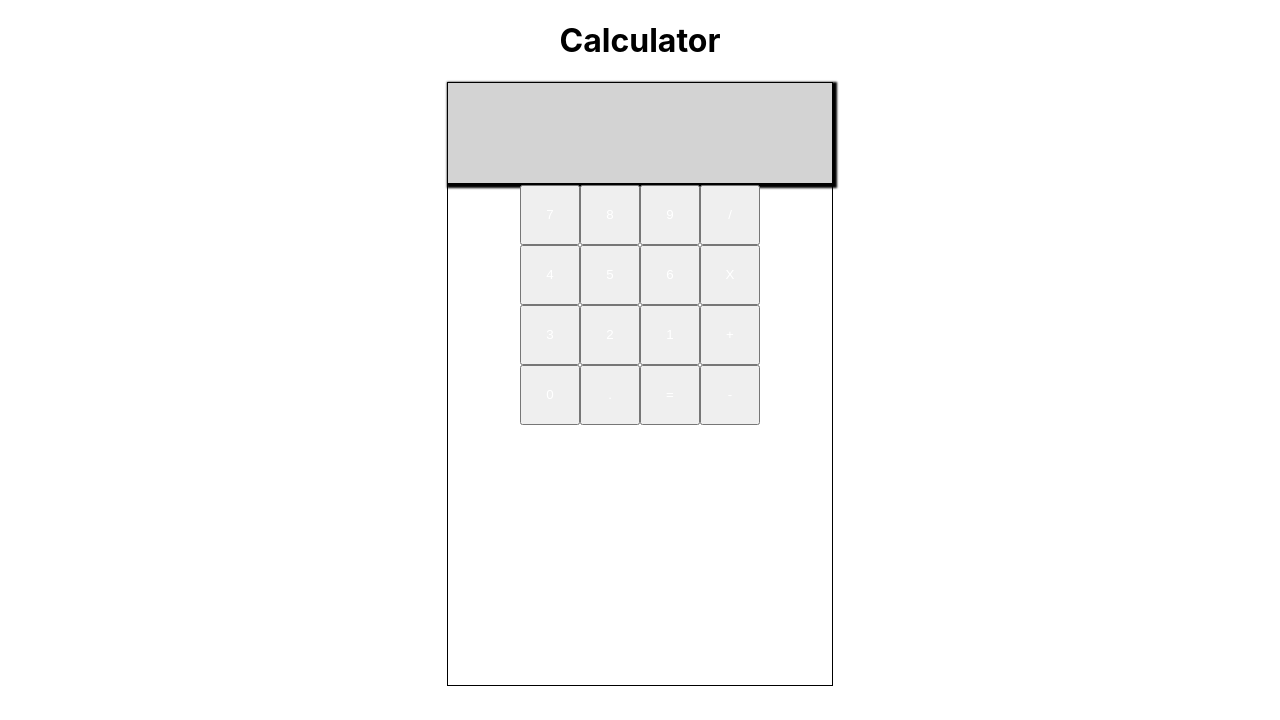
Repository: punitbathija/Placement-Assitance-iNeuron
Page: / (app in React/calculator/)
These files come from the project's save history. The page is drawn as it stood at one moment and after the next save; the edit follows.
The browser window is 1280 px wide. The pictures show the whole page.
The project was rebuilt for these pictures with package versions that can differ from the ones it lists, and the page was loaded fresh each time.

Above is the page before, as saved 2023-06-05 16:08:01.

### React/calculator/src/index.css
body {
  margin: 0;
  font-family: -apple-system, BlinkMacSystemFont, 'Segoe UI', 'Roboto', 'Oxygen',
    'Ubuntu', 'Cantarell', 'Fira Sans', 'Droid Sans', 'Helvetica Neue',
    sans-serif;
  -webkit-font-smoothing: antialiased;
  -moz-osx-font-smoothing: grayscale;
}

code {
  font-family: source-code-pro, Menlo, Monaco, Consolas, 'Courier New',
    monospace;
}

.screen{
  height: 100px;
  width: 30%;
  border:  1px solid black;
  margin: auto;
  background-color: lightgray;
  box-shadow: 2px 2px 2px 2px;
}


.numpad{
  height: 500px;
  border: 1px solid black;
  width: 30%;
  margin: auto;
}

.btn{
  height: 60px;
  width: 60px;
  color: white;
}

### React/calculator/src/App.js
import "./App.css";
import Calculator from "./Calculator";

function App() {
  return (
    <div className="App">
      <h1>Calculator</h1>
      <Calculator />
    </div>
  );
}

export default App;

### React/calculator/src/Calculator.jsx
import React from "react";
import "./index.css";

const Calculator = () => {
  return (
    <div>
      <div className="screen"></div>
      <div className="numpad">
        <div className="firstRow">
          <button className="btn">7</button>
          <button className="btn">8</button>
          <button className="btn">9</button>
          <button className="btn">/</button>
        </div>
        <div className="secondRow">
          <button className="btn">4</button>
          <button className="btn">5</button>
          <button className="btn">6</button>
          <button className="btn">X</button>
        </div>
        <div className="thirdRow">
          <button className="btn">3</button>
          <button className="btn">2</button>
          <button className="btn">1</button>
          <button className="btn">+</button>
        </div>
        <div className="fourthRow">
          <button className="btn">0</button>
          <button className="btn">.</button>
          <button className="btn">=</button>
          <button className="btn">-</button>
        </div>
      </div>
    </div>
  );
};

export default Calculator;

Loaded but not shown: React/calculator/public/index.html (common file); React/calculator/src/index.js (common file); React/calculator/src/App.css (common file)

After the next save:
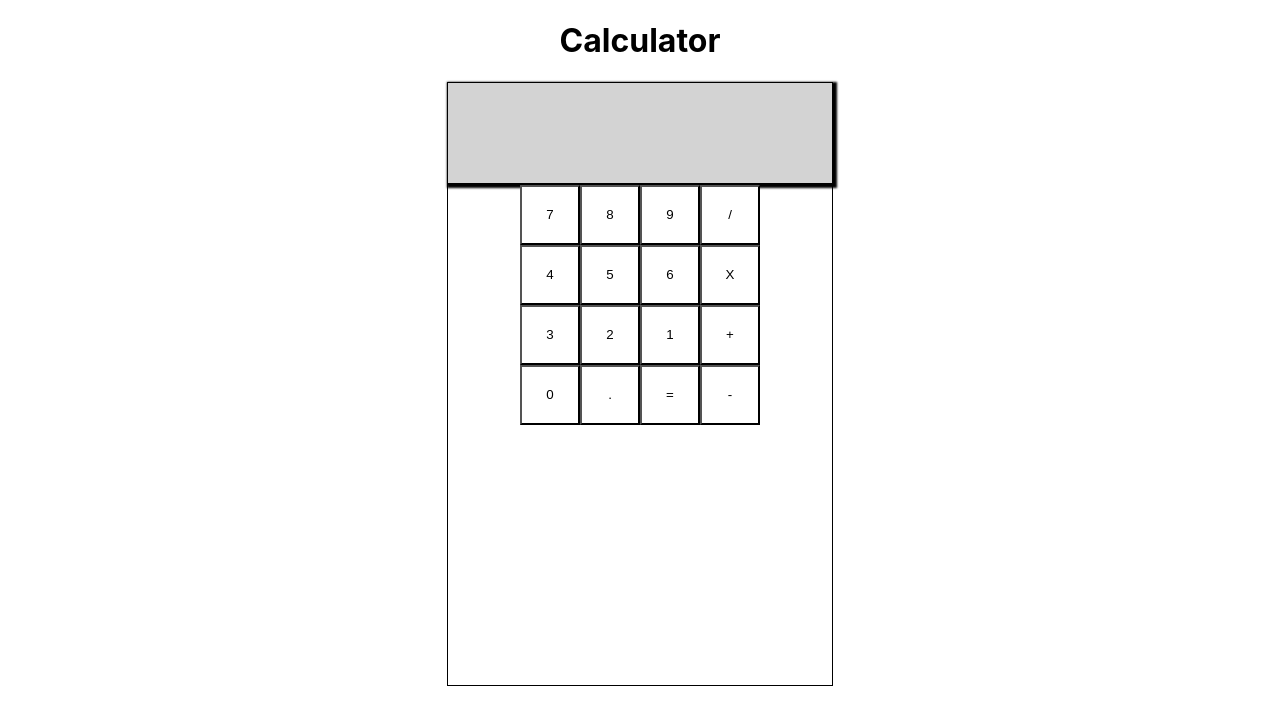
Saved 13 s later.
--- a/React/calculator/src/index.css
+++ b/React/calculator/src/index.css
@@ -32,5 +32,5 @@ code {
 .btn{
   height: 60px;
   width: 60px;
-  color: white;
+  background-color: white;
 }
